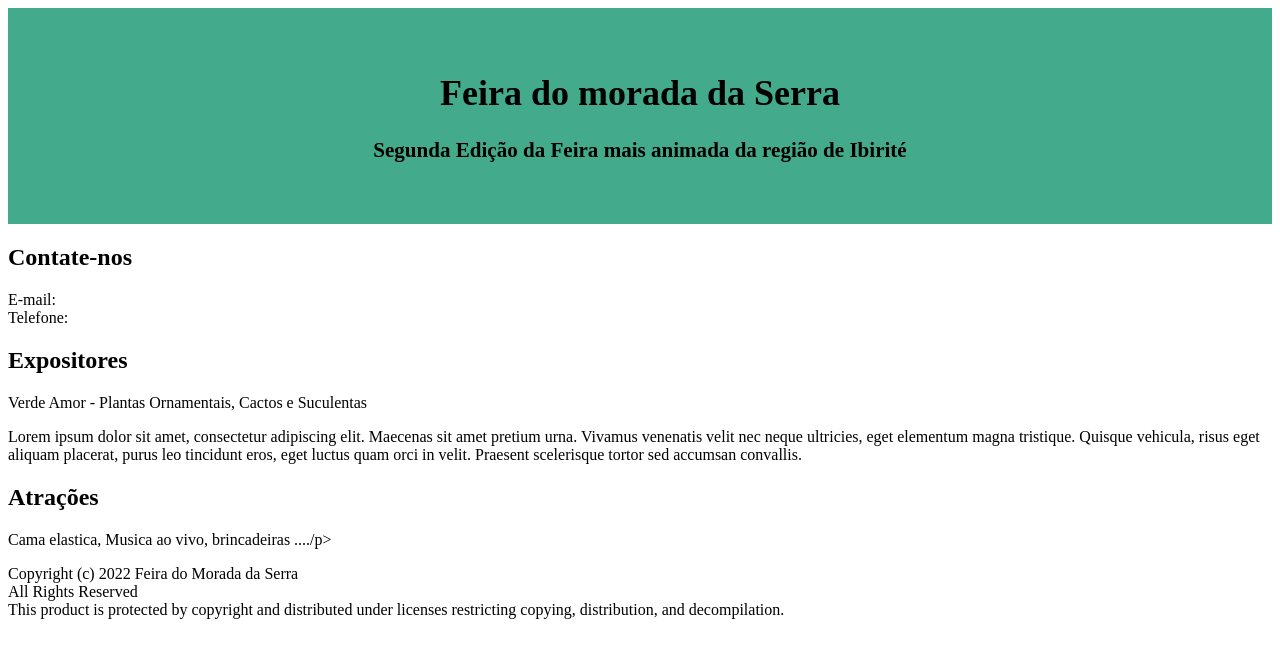
Repository: valerianogueirasilva/feiraibirite
Page: SoacialProject/Index.html
An editor plug-in stored every save of this project. The page is shown before and after the next save, followed by the edit.
The browser window is 1280 px wide. The pictures show the whole page.

Above is the page before, as saved 2022-07-11 14:50:34.

After the next save:
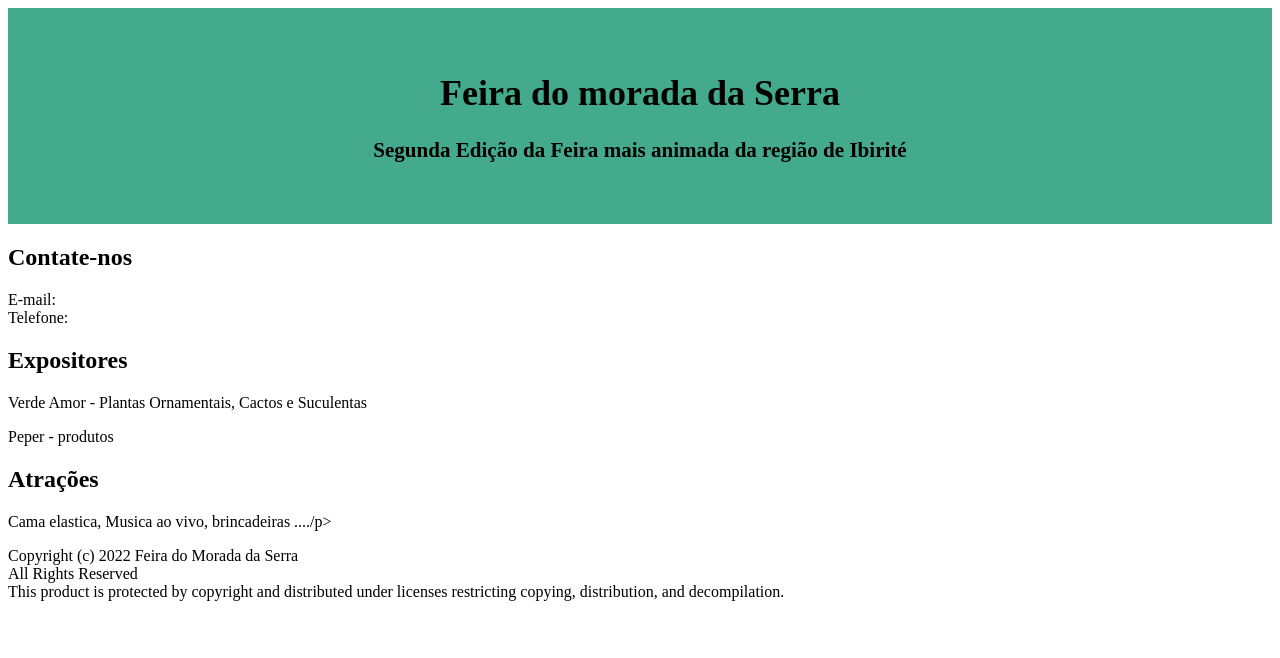
Saved 65 s later.
--- a/SoacialProject/Index.html
+++ b/SoacialProject/Index.html
@@ -21,7 +21,7 @@
   <div class="column middle">
     <h2>Expositores</h2>
     <p id="VerdeAmorId" class="VerdeAmorClass"> Verde Amor - Plantas Ornamentais, Cactos e Suculentas</p>
-    <p>Lorem ipsum dolor sit amet, consectetur adipiscing elit. Maecenas sit amet pretium urna. Vivamus venenatis velit nec neque ultricies, eget elementum magna tristique. Quisque vehicula, risus eget aliquam placerat, purus leo tincidunt eros, eget luctus quam orci in velit. Praesent scelerisque tortor sed accumsan convallis.</p>
+    <p id="PeperId" Class="PeperClass"> Peper - produtos </p>
   </div>
 
 <div class="column side">
